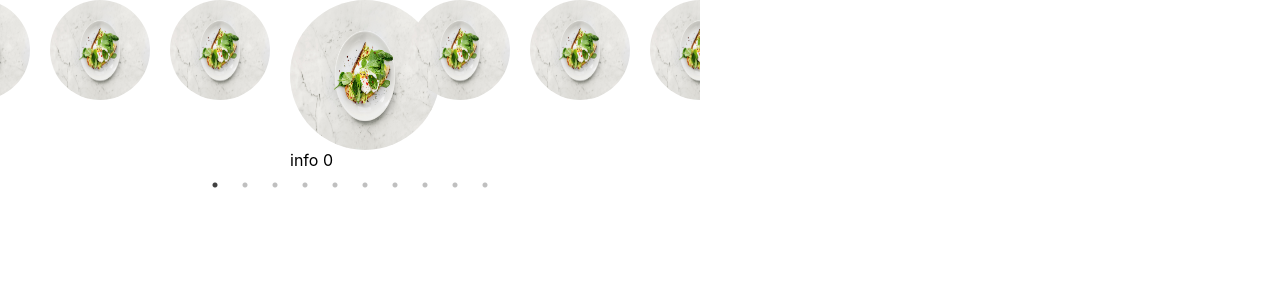
Repository: nambui98/slider
Page: /
An editor plug-in stored every save of this project. The page is shown before and after the next save, followed by the edit.
The browser window is 1280 px wide. The pictures show the whole page.
The project was rebuilt for these pictures with package versions that can differ from the ones it lists, and the page was loaded fresh each time. Also part of the build but not shown: vite.config.ts.

Above is the page before, as saved 2022-04-12 09:35:51.

### src/App.tsx
import { useState } from 'react'
import Horizolsider from './components/horizolslider/Horizolsider'
import logo from './logo.svg'
import './App.css'
import "slick-carousel/slick/slick.css";
import "slick-carousel/slick/slick-theme.css";
function App() {
  const [count, setCount] = useState(0)

  return (
    <div className="App">
      <Horizolsider />
    </div>
  )
}

export default App

### src/components/horizolslider/Horizolsider.tsx
import React, { useEffect, useRef, useState } from 'react'
import styled from 'styled-components'
import Slider from "react-slick";
import image1 from '../../assets/images/pexels-daria-shevtsova-1095550.jpg'

type Props = {}

const Wrapper = styled.div`
    width: 700px;
    /* margin: auto; */
    /* overflow-x: scroll; */
    .overlay{
        display: flex;
        align-items: center;
    height: 500px;

        /* width: 100%; */
        /* height: 500px; */

    }
`
const Item = styled.div`
    /* position: relative;
    margin: 0 15px; */
    .info{
        visibility: hidden;
    }
    img{
        width: 100px;
        height: 100px;
        border-radius: 50%;
        transition: all .3s;
    }
    &.active{
        img{
            width: 150px;
            height: 150px;
        }
        .info{
            visibility: visible;
        }
    }
`
const Horizolsider = (props: Props) => {
    const [activeIndex, setActiveIndex] = useState(0);
    const overlayRef = useRef<any>();
    const settings = {
        dots: true,
        infinite: true,
        speed: 500,
        slidesToShow: 5,
        slidesToScroll: 1,
        centerMode: true,
        focusOnSelect: true
    };
    // useEffect(() => {
    //     console.log(overlayRef.current.style.transform);

    // }, [])

    return (
        <Wrapper>

            <Slider {...settings}>

                {
                    [...Array(10).keys()].map((i, index) => <div>
                        <Item className={`${index === activeIndex && "active"}`} onClick={() => setActiveIndex(index)}>
                            <img src={image1} alt="" />
                            <div className="info">info {i}</div>
                        </Item>
                    </div>)
                }
            </Slider>
        </Wrapper>
    )
}
export default Horizolsider

Loaded but not shown: index.html (common file); src/main.tsx (common file); src/index.css (common file); src/App.css (common file)

After the next save:
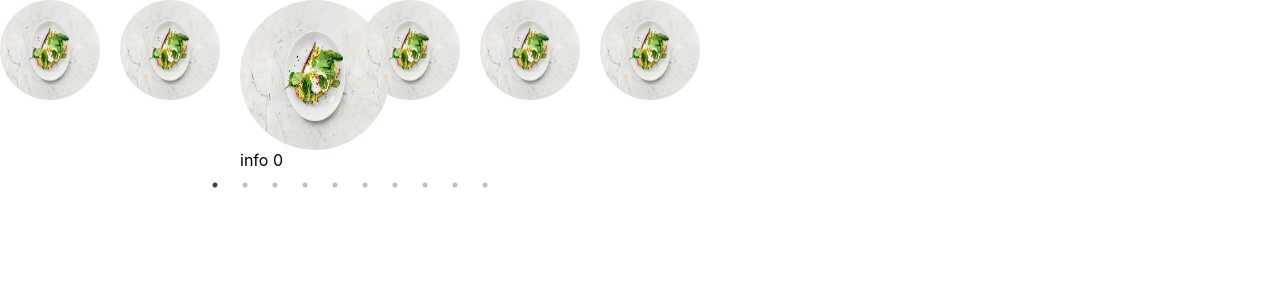
Saved 30 s later.
--- a/src/components/horizolslider/Horizolsider.tsx
+++ b/src/components/horizolslider/Horizolsider.tsx
@@ -51,7 +51,8 @@ const Horizolsider = (props: Props) => {
         slidesToShow: 5,
         slidesToScroll: 1,
         centerMode: true,
-        focusOnSelect: true
+        focusOnSelect: true,
+        centerPadding: 50
     };
     // useEffect(() => {
     //     console.log(overlayRef.current.style.transform);
